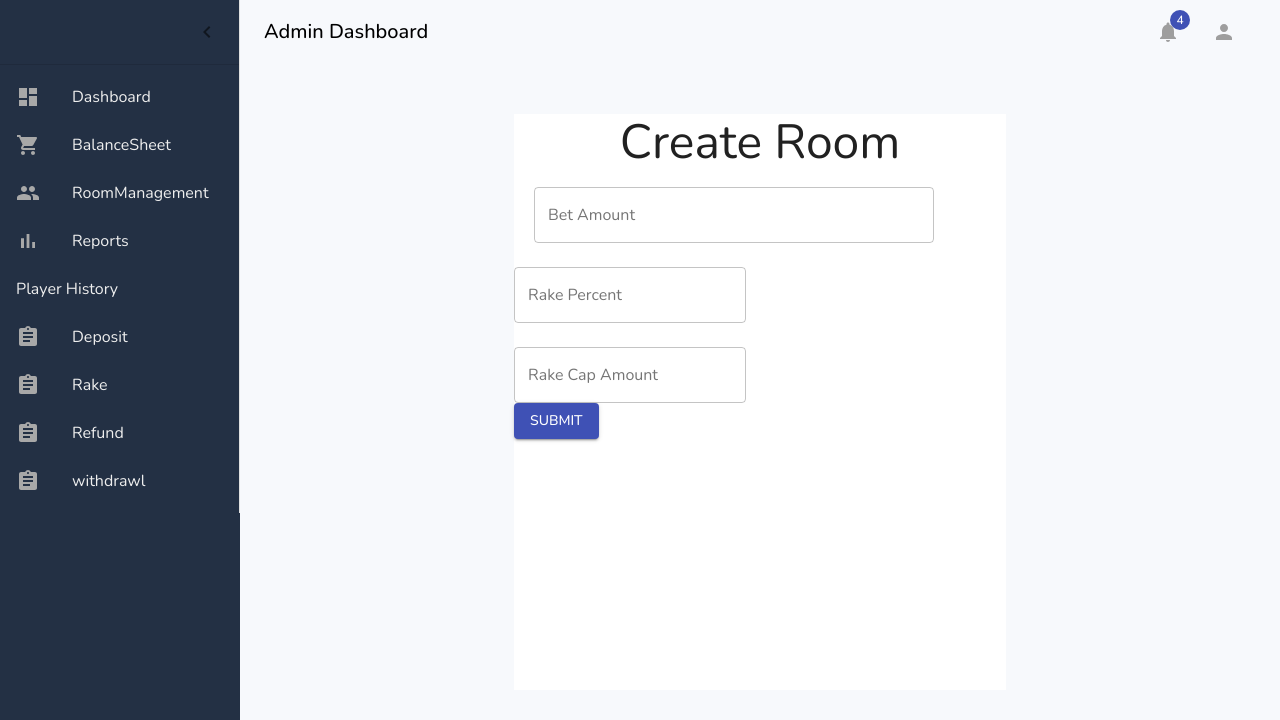
Repository: imayankbisht/ludofrontend
Page: /create
These files come from the project's save history. The page is drawn as it stood at one moment and after a run of saves; the edit follows.
The browser window is 1280 px wide. The pictures show the whole page.
The project was rebuilt for these pictures with package versions that can differ from the ones it lists, and the page was loaded fresh each time. Also part of the build but not shown: src/Components/Title.js, src/Components/Cards/Deposits.js, src/Components/Cards/Cashout.js, src/Components/Cards/Netbalance.js, src/Components/Cards/Rake.js, src/Components/Cards/Refund.js, src/Components/UserControl.js, src/Components/UserTable.js and 5 more.

Above is the page before, as saved 2021-01-20 13:08:50.

After the next 5 saves:
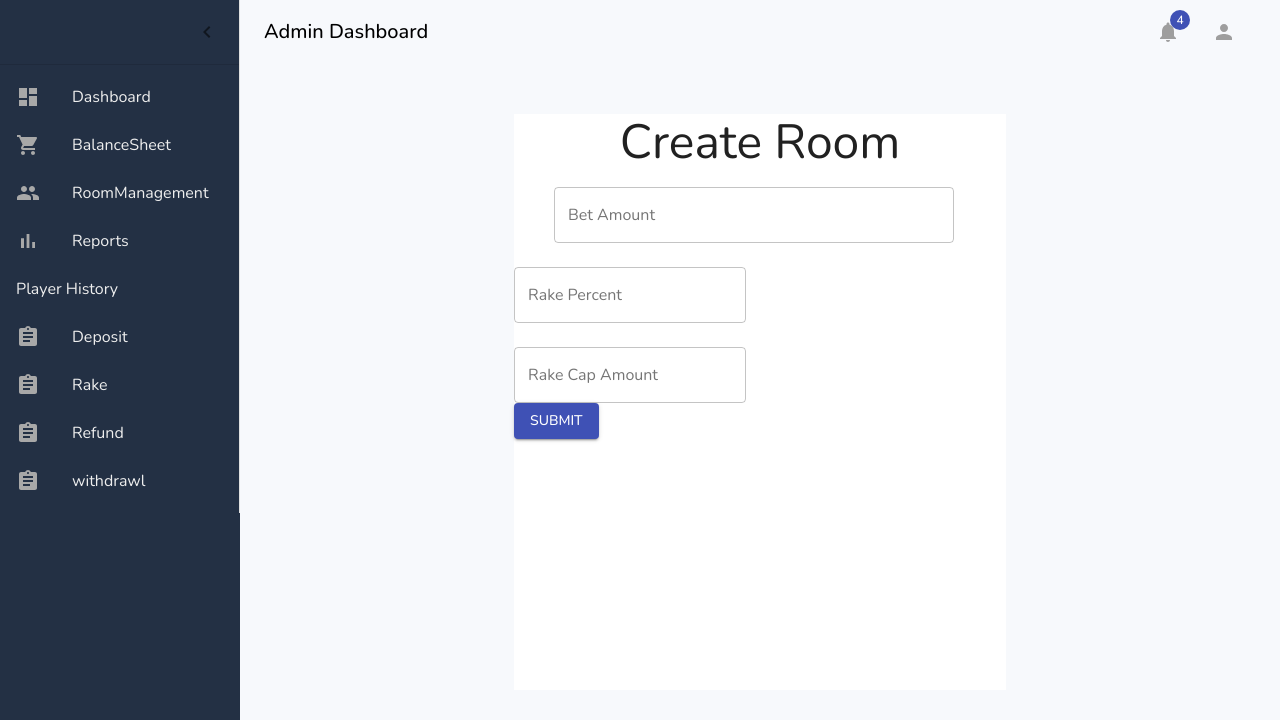
The 5 saves are shown as one change because 1 did not build or start and some came seconds apart.
The last was saved 20 s later.
--- a/src/Components/UserForm.js
+++ b/src/Components/UserForm.js
@@ -74,7 +74,7 @@ export default function UserForm(props){
                         label="Bet Amount"
                         name="betAmount"
                         variant="outlined"
-                        style={{width:'400px',marginLeft:'20px'}}
+                        style={{width:'400px',marginLeft:'40px'}}
                         value={betAmount}
                         onChange={(e)=>{setBetamount(e.target.value)}}
                       />
